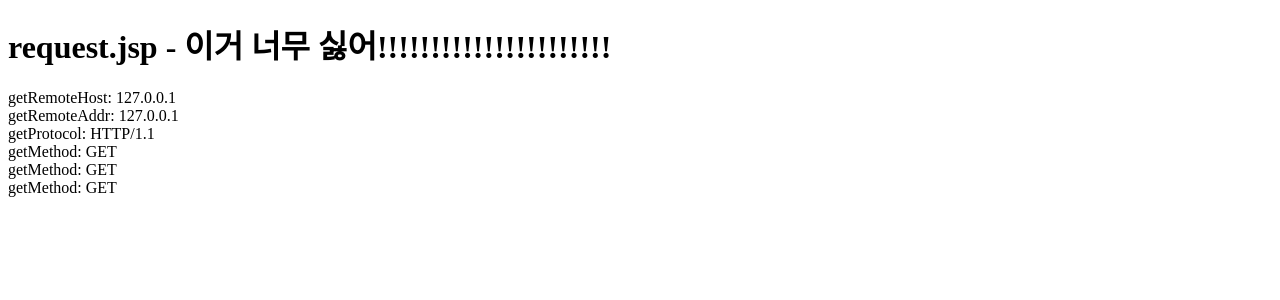
Repository: SouthSea0613/401_Unauthorized_java
Page: http://localhost/model1_1st/request.jsp
These files come from the project's save history. The page is drawn as it stood at one moment and after the next save; the edit follows.
The browser window is 1280 px wide. The pictures show the whole page.
The page is served by Tomcat 9.

Above is the page before, as saved 2024-12-02 05:44:32.

After the next save:
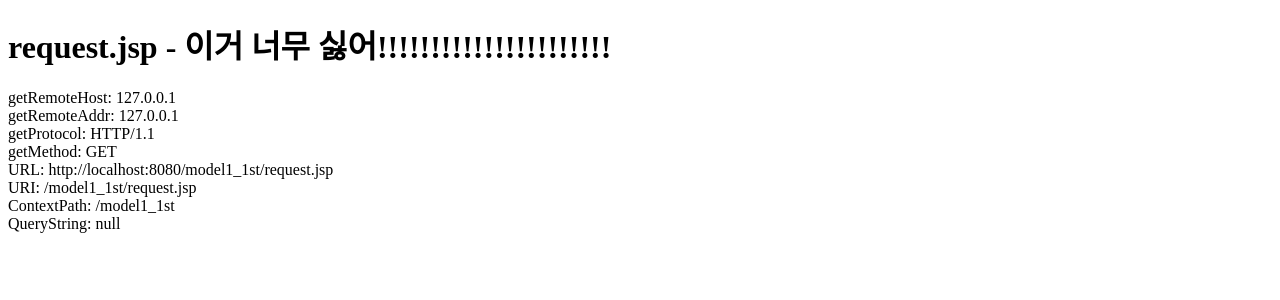
Saved 3 s later.
--- a/model1_1st/src/main/webapp/request.jsp
+++ b/model1_1st/src/main/webapp/request.jsp
@@ -12,7 +12,9 @@ getRemoteHost: <%= request.getRemoteHost() %><br>
 getRemoteAddr: <%= request.getRemoteAddr() %><br>
 getProtocol: <%= request.getProtocol() %><br>
 getMethod: <%= request.getMethod()%><br>
-getMethod: <%= request.getMethod()%><br>
-getMethod: <%= request.getMethod()%><br>
+URL: <%= request.getRequestURL()%><br>
+URI: <%= request.getRequestURI()%><br>
+ContextPath: <%= request.getContextPath()%><br>
+QueryString: <%= request.getQueryString()%>
 </body>
 </html>
